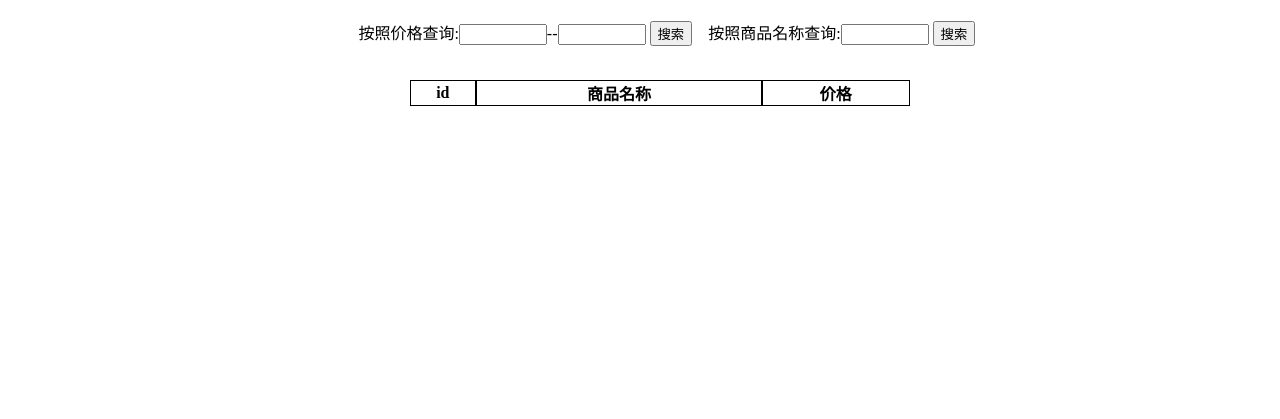
Repository: ldqml/project
Page: jsgaoji/chaxunshangpin.html
An editor plug-in stored every save of this project. The page is shown before and after the next save, followed by the edit.
The browser window is 1280 px wide. The pictures show the whole page.

Above is the page before, as saved 2022-07-15 18:04:38.

After the next save:
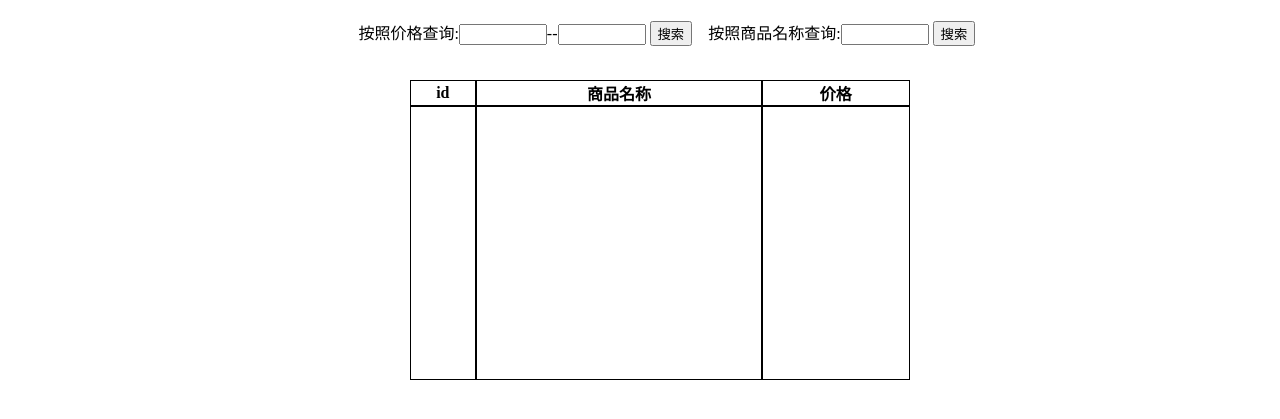
Saved 27 s later.
--- a/jsgaoji/chaxunshangpin.html
+++ b/jsgaoji/chaxunshangpin.html
@@ -24,7 +24,7 @@
             top: 80px;
             left: 32%;
         }
-        th{
+        th,td{
             border: 1px solid;
             text-align: center;
         }
